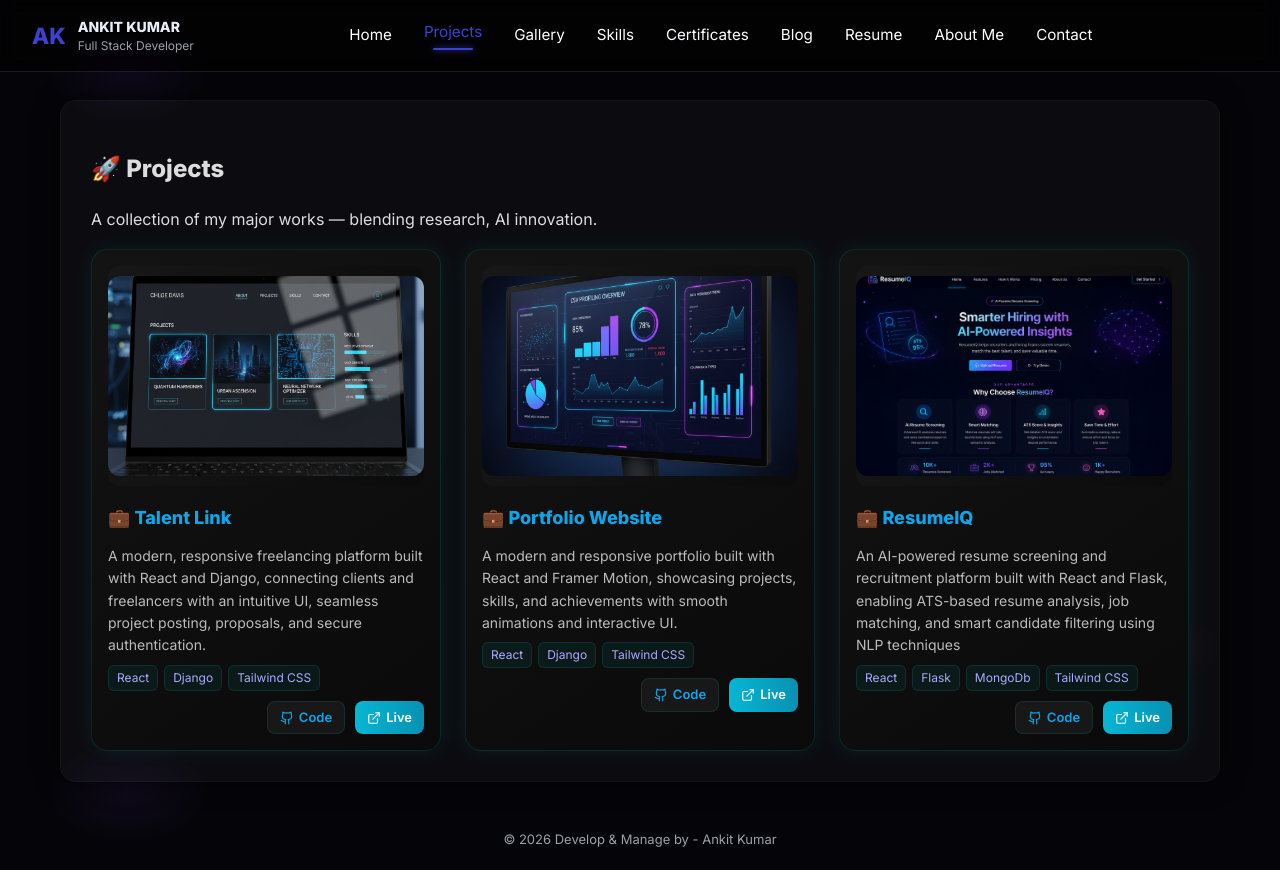
Repository: santoshkrsah/Ankit-Profile
Page: /projects
The author's editor kept a copy of each file at every save. The page is drawn from the files as they stood at one save, then again after the next save.
The browser window is 1280 px wide. The pictures show the whole page.
The project was rebuilt for these pictures with package versions that can differ from the ones it lists, and the page was loaded fresh each time. Some packages were replaced by stand-ins written for this rebuild. Also part of the build but not shown: vite.config.mjs, src/CSS/Home.css, src/pages/Home.jsx, src/CSS/Gallery.css, src/pages/Gallery.jsx, src/pages/Certificates.jsx, src/pages/blog.css, src/pages/Blog.jsx and 6 more.

Above is the page before, as saved 2026-05-22 03:21:41.

After the next save:
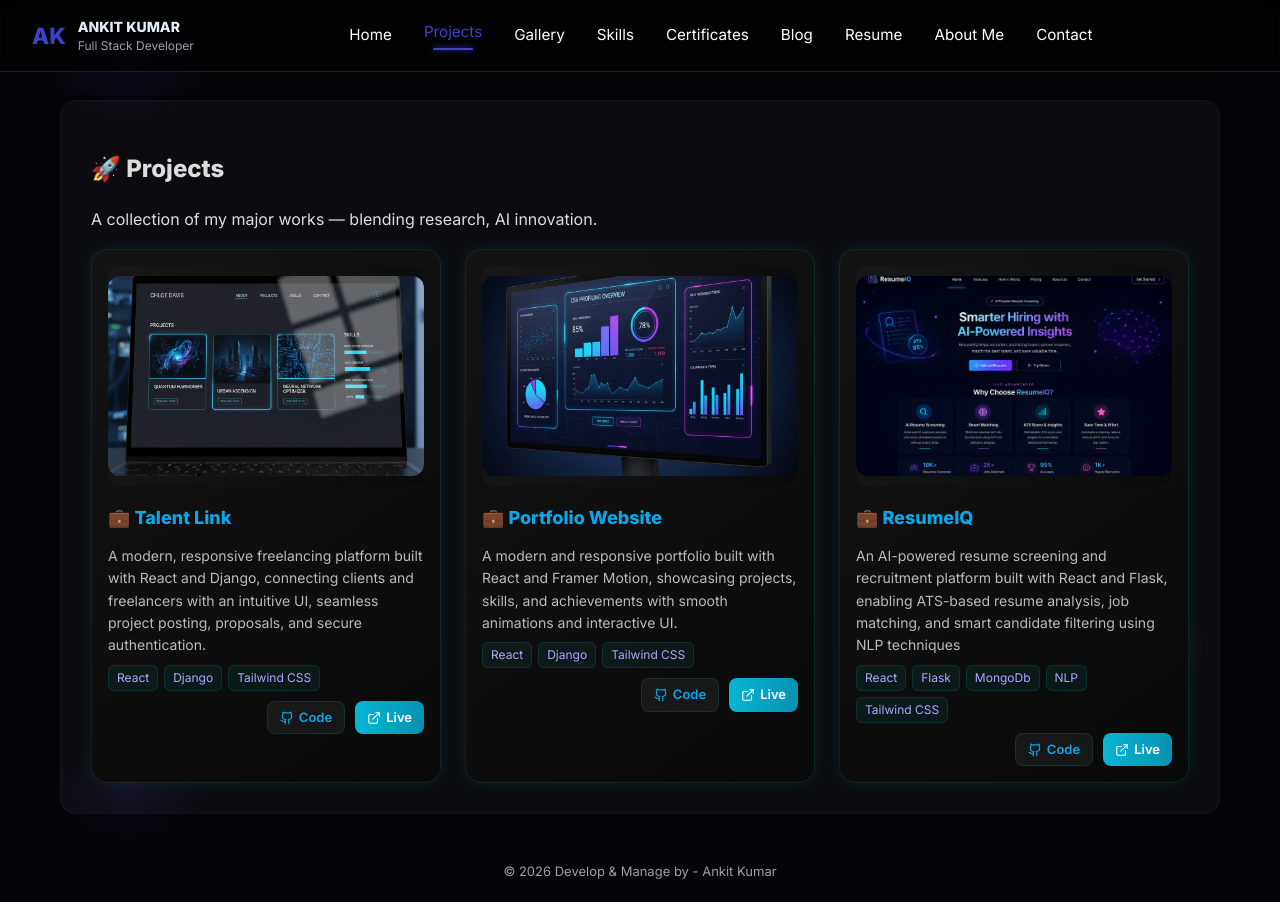
Saved 26 s later.
--- a/src/pages/Projects.jsx
+++ b/src/pages/Projects.jsx
@@ -22,7 +22,7 @@ const PROJECTS = [
   title: '💼 ResumeIQ',
   desc: 'An AI-powered resume screening and recruitment platform built with React and Flask, enabling ATS-based resume analysis, job matching, and smart candidate filtering using NLP techniques',
   ss: '/ResumeIQ.png',
-  tech: ['React', 'Flask', 'MongoDb','Tailwind CSS'],
+  tech: ['React', 'Flask', 'MongoDb','NLP','Tailwind CSS'],
   live: 'https://resume-iq-tyyh.vercel.app/',
   code: 'Your project link here'
   },
